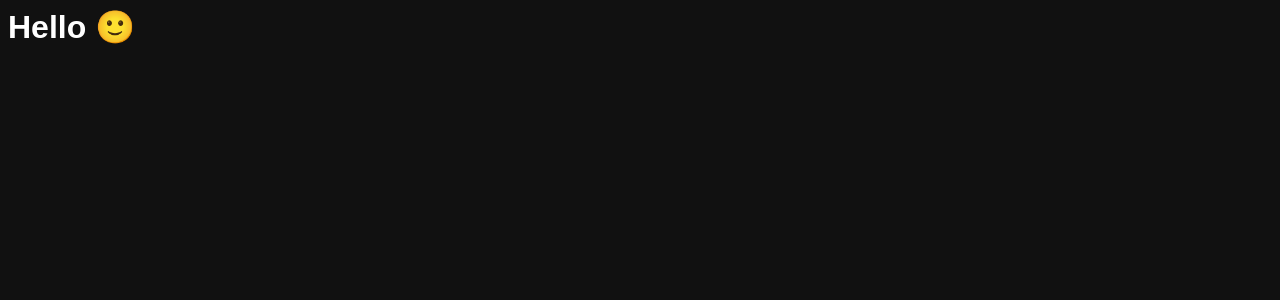
Repository: 43320888/upwork
Page: popup8.html
These files come from the project's save history. The page is drawn as it stood at one moment and after the next save; the edit follows.
The browser window is 1280 px wide. The pictures show the whole page.

Above is the page before, as saved 2019-01-24 10:02:42.
Console error: TypeError: Cannot set properties of undefined (setting 'innerHTML')

After the next save:
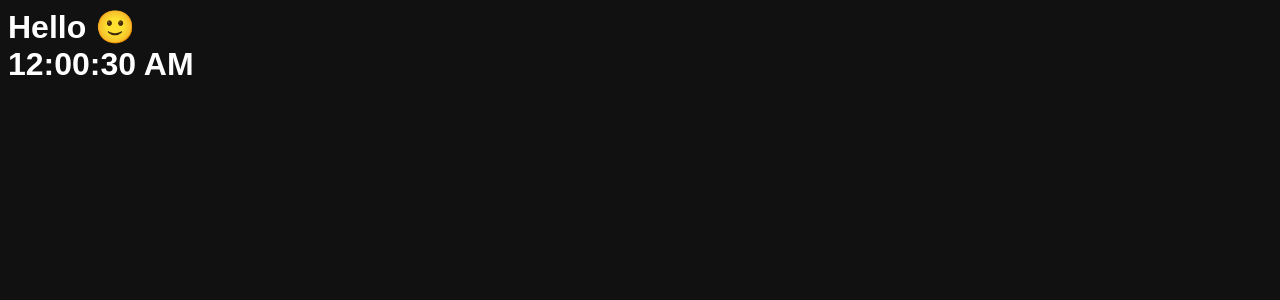
Console error: ReferenceError: backTimer is not defined
Saved 111 s later.
--- a/popup8.html
+++ b/popup8.html
@@ -1,10 +1,10 @@
 <meta http-equiv="Content-Type" content="text/html;charset=UTF-8">
 <body style="background:#111; color:#fff; font-family: Arial, Helvetica, sans-serif">
-	<h1>Hello 🙂
+	<h1>Hello 🙂<div></div>
 		<script>(() => {
-				var x = new Date().getTime() + 30000;
+				const x = new Date().getTime() + 30000;
+				const j = document.querySelector('h1 div');
 
-					var j = document.getElementsByTagName('div')[0];
 					var i = new Date().getTime();
 					if (i < x) {
 						j.innerHTML = new Date(x - i).toLocaleTimeString();
